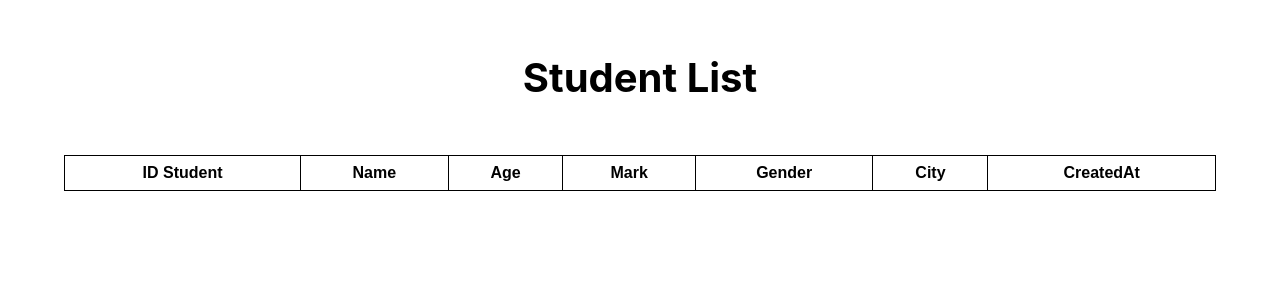
Repository: haminhdat1407/react-api-student
Page: /
The author's editor kept a copy of each file at every save. The page is drawn from the files as they stood at one save, then again after the next save.
The browser window is 1280 px wide. The pictures show the whole page.
The page's requests for data from a server got no answer. The project was rebuilt for these pictures with package versions that can differ from the ones it lists, and the page was loaded fresh each time. No one was signed in, and anything a server would have sent is missing. Also part of the build but not shown: src/styles.css.

Above is the page before, as saved 2022-03-11 23:14:38.

### public/index.html
<!DOCTYPE html>
<html lang="en">
  <head>
    <meta charset="utf-8" />
    <link rel="icon" href="%PUBLIC_URL%/favicon.ico" />
    <meta name="viewport" content="width=device-width, initial-scale=1" />
    <meta name="theme-color" content="#000000" />
    <meta
      name="description"
      content="Web site created using create-react-app"
    />
    <link rel="apple-touch-icon" href="%PUBLIC_URL%/logo192.png" />
    <link rel="stylesheet" href="https://cdnjs.cloudflare.com/ajax/libs/font-awesome/6.0.0/css/all.min.css" integrity="sha512-9usAa10IRO0HhonpyAIVpjrylPvoDwiPUiKdWk5t3PyolY1cOd4DSE0Ga+ri4AuTroPR5aQvXU9xC6qOPnzFeg==" crossorigin="anonymous" referrerpolicy="no-referrer" />
    <!--
      manifest.json provides metadata used when your web app is installed on a
      user's mobile device or desktop. See https://developers.google.com/web/fundamentals/web-app-manifest/
    -->
    <link rel="manifest" href="%PUBLIC_URL%/manifest.json" />
    <!--
      Notice the use of %PUBLIC_URL% in the tags above.
      It will be replaced with the URL of the `public` folder during the build.
      Only files inside the `public` folder can be referenced from the HTML.

      Unlike "/favicon.ico" or "favicon.ico", "%PUBLIC_URL%/favicon.ico" will
      work correctly both with client-side routing and a non-root public URL.
      Learn how to configure a non-root public URL by running `npm run build`.
    -->
    <title>React App</title>
  </head>
  <body>
    <noscript>You need to enable JavaScript to run this app.</noscript>
    <div id="root"></div>
    <!--
      This HTML file is a template.
      If you open it directly in the browser, you will see an empty page.

      You can add webfonts, meta tags, or analytics to this file.
      The build step will place the bundled scripts into the <body> tag.

      To begin the development, run `npm start` or `yarn start`.
      To create a production bundle, use `npm run build` or `yarn build`.
    -->
  </body>
</html>

### src/App.js
import { useEffect, useState } from 'react';
import studentApi from './apis/studentApi';
import StudentList from './components/StudentList';
import './styles.css';

export default function App() {
  const [studentList, setStudentList] = useState([]);
  const [idRemove, setIdRemove] = useState('');

  // get All
  useEffect(() => {
    try {
      (async () => {
        const responseStudent = await studentApi.getAll();
        setStudentList(responseStudent);
      })();
    } catch (error) {
      console.log(error);
    }
  }, []);
  useEffect(() => {
    try {
      if (idRemove) {
        (async () => {
          const studentRemove = await studentApi.removeStudentByID(idRemove);
        })();
      }
    } catch (error) {
      console.log(error);
    }
  }, [idRemove]);
  const handleRemoveUser = (id) => {
    setIdRemove(id);

    const newStudentList = studentList.filter((student) => {
      // tra ve 1 mang moi...khong co id can xoa
      return student.id !== id;
    });
    setStudentList(newStudentList);
  };

  return (
    <>
      <StudentList data={studentList} onRemove={handleRemoveUser} />
    </>
  );
}

### src/apis/studentApi.js
import axiosClient from './axiosClient';

const studentApi = {
  getAll() {
    const url = `students`;
    return axiosClient.get(url);
  },
  getStudentByID(id) {
    const url = `students/${id}`;
    return axiosClient.get(url);
  },
  removeStudentByID(id) {
    const url = `students/${id}`;
    return axiosClient.delete(url);
  },
};

export default studentApi;

### src/components/StudentList/index.jsx
import React from 'react';
import PropTypes from 'prop-types';
import './style.css';
import dayjs from 'dayjs';
// rsfp

StudentList.propTypes = {
  data: PropTypes.array,
  onRemove: PropTypes.func,
};

function StudentList({ data, onRemove }) {
  const handleRemove = (id) => {
    onRemove(id);
  };
  return (
    <div className='container'>
      <h4 className='student_title'>Student List</h4>
      <div className='student_list'>
        <table className='table_student'>
          <tbody>
            <tr>
              <th>ID Student</th>
              <th>Name</th>
              <th>Age</th>
              <th>Mark</th>
              <th>Gender</th>
              <th>City</th>
              <th>CreatedAt</th>
            </tr>

            {data.map((item) => (
              <tr key={item.id}>
                <td>{item.id}</td>
                <td>{item.name}</td>
                <td>{item.age}</td>
                <td>{item.mark}</td>
                <td>{item.gender}</td>
                <td>{item.city}</td>
                <td>{dayjs(item.createdAt).format('DD/MM/YYYY')}</td>
                <td className='delete_btn'>
                  <i
                    className='fa-solid fa-delete-left'
                    onClick={() => handleRemove(item.id)}
                  ></i>
                </td>
              </tr>
            ))}
          </tbody>
        </table>
      </div>
    </div>
  );
}

export default StudentList;

### src/apis/axiosClient.js
import axios from 'axios';

const axiosClient = axios.create({
  baseURL: 'https://js-post-api.herokuapp.com/api/',
  headers: {
    'Content-Type': 'application/json',
  },
});

axiosClient.interceptors.request.use(
  function (config) {
    return config;
  },
  function (error) {
    return Promise.reject(error);
  }
);

// Add a response interceptor
axiosClient.interceptors.response.use(
  function (response) {
    return response.data;
  },
  function (error) {
    return Promise.reject(error);
  }
);

export default axiosClient;

### src/components/StudentList/style.css
table {
  font-family: arial, sans-serif;
  border-collapse: collapse;
  width: 100%;
}

td,
th {
  border: 1px solid #000;
  text-align: left;
  padding: 8px;
  text-align: center;
}

tr:nth-child(even) {
  background-color: #dddddd;
}
.student_title {
  text-align: center;
  font-size: 40px;
}
.student_list {
  width: 90%;
  margin: 20px auto;
}

Loaded but not shown: src/index.js (common file); src/index.css (common file); src/reportWebVitals.js (common file)

After the next save:
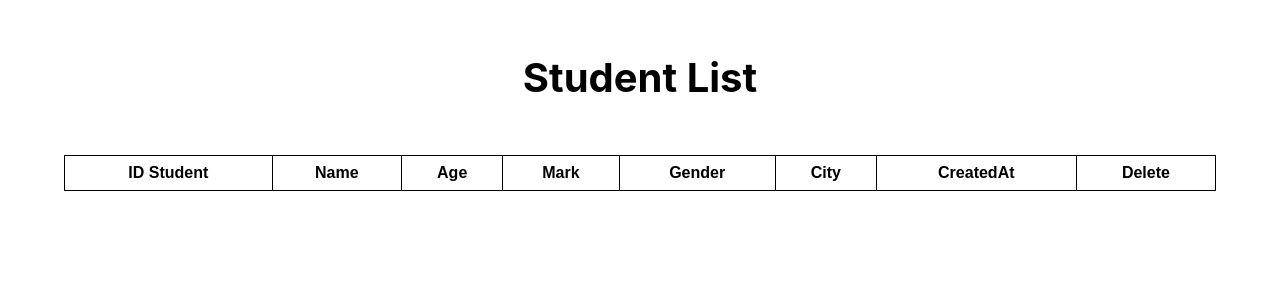
Saved 40 s later.
--- a/src/components/StudentList/index.jsx
+++ b/src/components/StudentList/index.jsx
@@ -27,6 +27,7 @@ function StudentList({ data, onRemove }) {
               <th>Gender</th>
               <th>City</th>
               <th>CreatedAt</th>
+              <th>Delete</th>
             </tr>
 
             {data.map((item) => (
